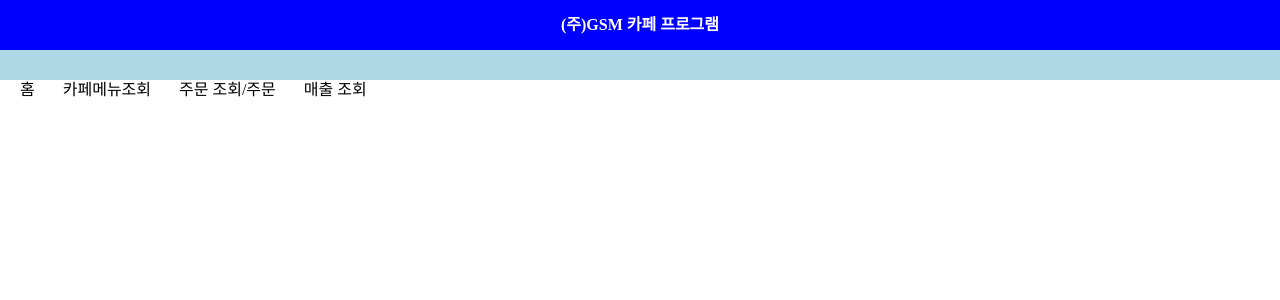
Repository: jiye-stingray/JSP
Page: http://localhost/Cafe/
The author's editor kept a copy of each file at every save. The page is drawn from the files as they stood at one save, then again after the next save.
The browser window is 1280 px wide. The pictures show the whole page.
The page is served by Tomcat 9. Other server files are loaded and not shown.

Above is the page before, as saved 2022-09-22 10:54:12.

### WithMIRA/Cafe/src/main/webapp/index.jsp
<%@ page language="java" contentType="text/html; charset=UTF-8"
    pageEncoding="UTF-8"%>
<!DOCTYPE html>
<html>
<head>
<meta charset="UTF-8">
<title>Insert title here</title>
</head>
<body>
<header style = "position:fixed; top: 0; left:0; width: 100%; height: 50px; text-align: center;
line-height: 50px; background-color: blue; color: white;">
<b> (주)GSM 카페 프로그램 </b>
</header>

<nav style = "position: fixed; top: 50px; left:0; height: 30px; width: 100%; line-height: 80px; background-color: lightblue;
padding-left: 20px">
홈 &nbsp; &nbsp; &nbsp;
카페메뉴조회 &nbsp; &nbsp; &nbsp;
주문 조회/주문 &nbsp; &nbsp; &nbsp;
매출 조회 &nbsp; &nbsp; &nbsp;

</nav>

</body>
</html>

After the next save:
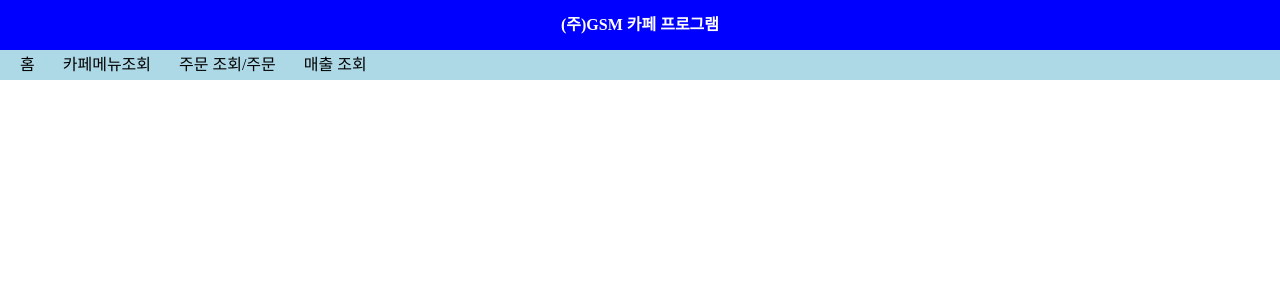
Saved 38 s later.
--- a/WithMIRA/Cafe/src/main/webapp/index.jsp
+++ b/WithMIRA/Cafe/src/main/webapp/index.jsp
@@ -12,7 +12,7 @@
 <b> (주)GSM 카페 프로그램 </b>
 </header>
 
-<nav style = "position: fixed; top: 50px; left:0; height: 30px; width: 100%; line-height: 80px; background-color: lightblue;
+<nav style = "position: fixed; top: 50px; left:0; height: 30px; width: 100%; line-height: 30px; background-color: lightblue;
 padding-left: 20px">
 홈 &nbsp; &nbsp; &nbsp;
 카페메뉴조회 &nbsp; &nbsp; &nbsp;
